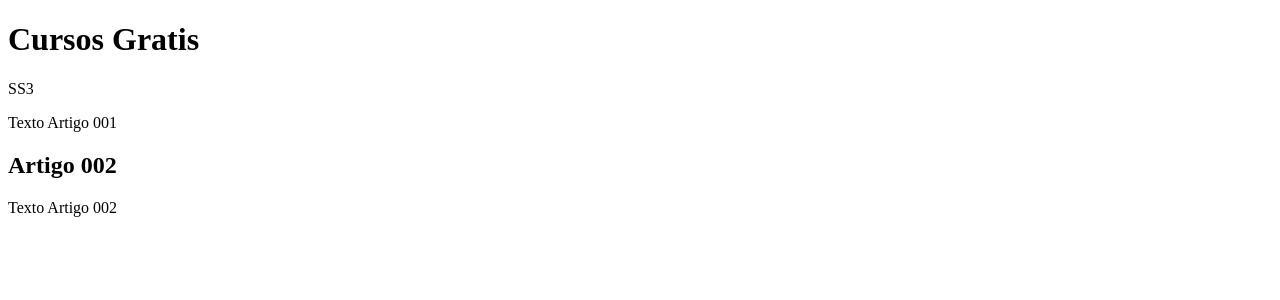
Repository: AnthonyLuanSantos/projeto-site
Page: index.html
The author's editor kept a copy of each file at every save. The page is drawn from the files as they stood at one save, then again after the next save.
The browser window is 1280 px wide. The pictures show the whole page.

Above is the page before, as saved 2024-08-18 20:38:15.

### index.html
<!DOCTYPE html>
<html lang="pt-br">
<head>
    <meta charset="UTF-8">
    <meta name="viewport" content="width=device-width, initial-scale=1.0">
    <title>Título do Site</title>
</head>
<body>
    <main>
        <header>
            <h1>Cursos Gratis</h1>
        </header>
        <article>
SS3</h2>
            <p>Texto Artigo 001</p>
        </article>
        <article>
            <h2>Artigo 002</h2>
            <p>Texto Artigo 002</p>
        </article>
    </main>
</body>
</html>

After the next save:
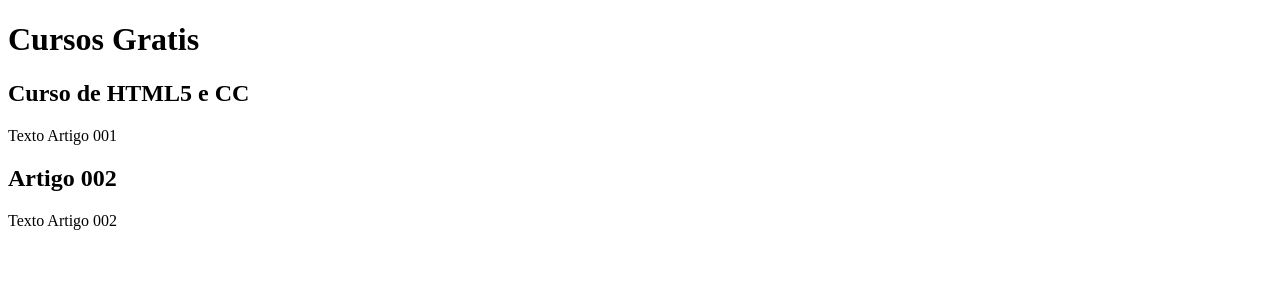
Saved 4 s later.
--- a/index.html
+++ b/index.html
@@ -11,7 +11,7 @@
             <h1>Cursos Gratis</h1>
         </header>
         <article>
-SS3</h2>
+            <h2>Curso de HTML5 e CC</h2>
             <p>Texto Artigo 001</p>
         </article>
         <article>
